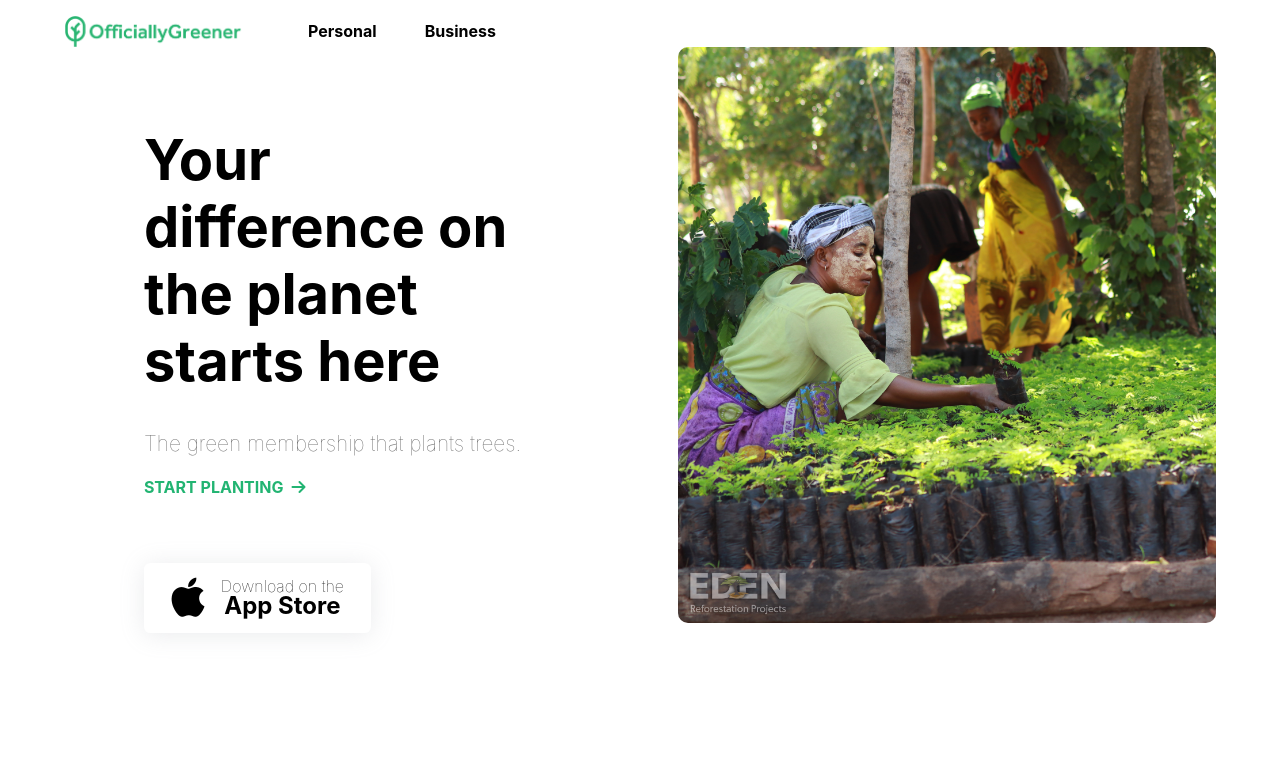
Repository: Sinkycode/Officially-Greener-v2
Page: index.html
The author's editor kept a copy of each file at every save. The page is drawn from the files as they stood at one save, then again after the next save.
The browser window is 1280 px wide. The pictures show the whole page.
Some web libraries are served in a nearby version.

Above is the page before, as saved 2023-03-08 16:24:46.

### index.html
<!DOCTYPE html>
<html lang="en">
<head>
  <meta charset="UTF-8">
  <meta http-equiv="X-UA-Compatible" content="IE=edge">
  <meta name="viewport" content="width=device-width, initial-scale=1.0">
  <link rel="stylesheet" href="https://cdnjs.cloudflare.com/ajax/libs/font-awesome/6.3.0/css/all.min.css" integrity="sha512-SzlrxWUlpfuzQ+pcUCosxcglQRNAq/DZjVsC0lE40xsADsfeQoEypE+enwcOiGjk/bSuGGKHEyjSoQ1zVisanQ==" crossorigin="anonymous" referrerpolicy="no-referrer" />

  <link rel="stylesheet" href="style.css">
  <title>Officially Greener</title>
</head>
<body>
  <header>
    <div class="mobile">
      <img src="Logo/Officially Greener Transparent background.png" alt="" class="primary-logo logo">
      <i class="fa-sharp fa-solid fa-bars"></i>
    </div>

    <div class="desktop">
      <img src="Logo/Officially Greener Transparent background.png" alt="" class="primary-logo logo">
      <ul class="primary-nav">
        <li><a href="http://">Personal</a></li>
        <li><a href="http://">Business</a></li>
      </ul>
    </div>

  </header>

  <section id="landing-page">
   <div class="container">
    <div class="landing-page__image">
      <img src="Images/Magagascar.jpg" alt="">
    </div>
    <div class="landing-page__context">
     <div class="texts">
      <h1 class="big-txt">Your difference on the planet starts here</h1>
      <p class="gray-para">The green membership that plants trees.</p>
      <a href="#" class="simple-link">Start planting<i class="fa-sharp fa-solid fa-arrow-right"></i></a>
     </div>
     <button class="apple-btn btn">
      <i class="fa-brands fa-apple"></i>
      <div class="wrap">
        <p>Download on the</p>
        <h1>App Store</h1>
      </div>
     </button>
    </div>
   </div>
  </section>
  <section id="note"></section>
  <section id="personal"></section>
</body>
</html>

### style.css
:root {
  --neutral-100: hsl(0, 0%, 100%);
  --neutral-200: hsl(0, 0%, 80%);
  --neutral-400: hsl(0, 0%, 40%);
  --neutral-600: hsl(0, 0%, 20%);
  --neutral-800: hsl(0, 0%, 0%);

  --accent: hsl(153, 68%, 42%);

  --txt-size-200: .8rem;
  --txt-size-400: 1rem;
  --txt-size-500: 2rem;
  --txt-size-600: 3rem;
  --txt-size-800: 3.5rem;

  --box-radius: .4rem;

  --gray-para: var(--neutral-400);

}

*, *::after, *::before {
  box-sizing: border-box;
  margin: 0;
  padding: 0;
}

html, body {
  font-family: -apple-system, BlinkMacSystemFont, Segoe UI, Roboto, Oxygen, Ubuntu, Cantarell, Fira Sans, Droid Sans, Helvetica Neue, sans-serif;
  scroll-behavior: smooth;
  overflow-x: hidden;
}

body {
  line-height: 1.5;
  font-size: 16px;
}

/* CUSTOMIZATION */
img {
  max-width: 100%;
  display: block;
}

button, input {
  outline: none;
  border: none;
  /* background: transparent; */
  font-family: inherit;
  font-size: inherit;
  color: inherit;
}

ul, p {
  margin: 0;
  list-style: none;
  font-weight: 2

}

a {
  text-decoration: none;
  color: inherit;
  font-weight: bold;
}

h1,h2,h3 {
  margin: 0;
}

.container {
  max-width: 90%;
  margin: 0 auto;
}

.logo {
  width: clamp(180px, 1rem + 10vw, 300px);
}

.mobile {
  display: none;
}

.desktop {
  display: flex;
  align-items: center;
  gap: 4rem;
  padding-top: 1rem;
  padding-inline-start: 4rem;
  width: 50%;
}

.primary-nav {
  display: flex;
  gap: 3rem;
}

.big-txt {
  font-size: var(--txt-size-800);
}

.gray-para {
  color: var(--gray-para);
}

.btn {
  color: var(--neutral-800);
  background-color: rgb(255, 255, 255);
  padding: .8rem 1.7rem;
  border-radius: var(--box-radius);
  box-shadow: rgba(149, 157, 165, 0.2) 0px 2px 24px;
}

/* ========= landign page ========= */
#landing-page {
  /* border: 3px solid black; */
  height: 100vh;
}

#landing-page .container {
  display: flex;
  gap: 1rem;
  height: 100%;
  /* border: 1px solid red; */
}

@media (max-width: 1000px) {
  #landing-page .container {
    display: block;
  }
}

@media (min-width: 768px) {
  .landing-page__context {
    order: 1;
    margin-left: 5rem;
    margin-top: 5rem;
  }

  .landing-page__image {
    order: 2;
  }
}

.landing-page__context {
  max-width: 45%;
  /* border: 1px solid red; */
}

.landing-page__context .big-txt {
  /* border: 1px solid red; */
  max-width: 80%;
  line-height: 1.2;
  margin-bottom: 2rem;
}

.landing-page__context .gray-para {
  margin-block: 1rem;
  font-size: 1.3rem;
}

.landing-page__context .simple-link {
  color: var(--accent);
  text-transform: uppercase;
  display: flex;
  align-items: center;
  gap: .5rem;
  margin-bottom: 4rem;
}

.fa-apple {
  font-size: 2.8rem;
}

.apple-btn {
  display: flex;
  align-items: center;
  gap: 1rem;
}

button .wrap {
  /* border: 1px solid red; */
  line-height:1;
}

button .wrap h1{
  font-size: 1.5rem;
}

.landing-page__image {
  width: 55%;
  height: 80%;
  border-radius: 10px;
  overflow: hidden;
}

.landing-page__image img {
  height: 100%;
  object-fit: cover;
  object-position: left;
}

After the next save:
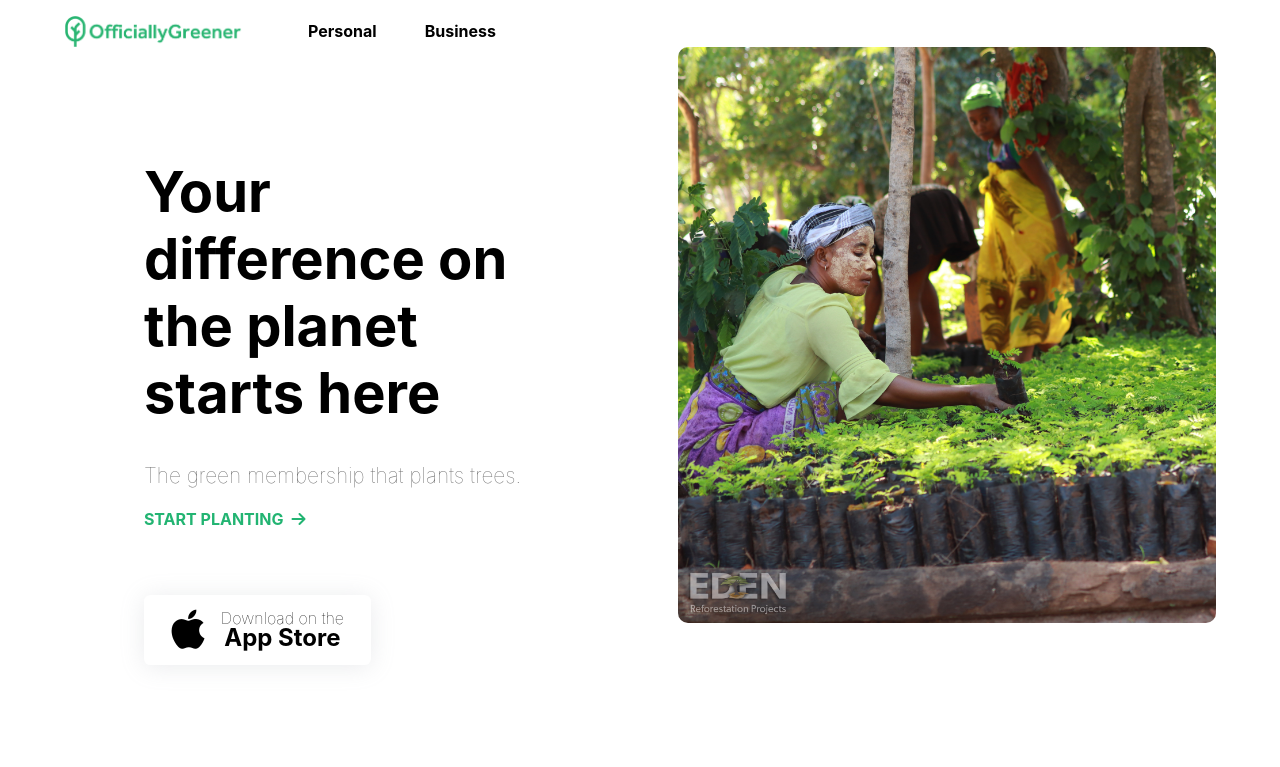
Saved 12 s later.
--- a/style.css
+++ b/style.css
@@ -134,7 +134,7 @@
   .landing-page__context {
     order: 1;
     margin-left: 5rem;
-    margin-top: 5rem;
+    margin-top: 7rem;
   }
 
   .landing-page__image {
